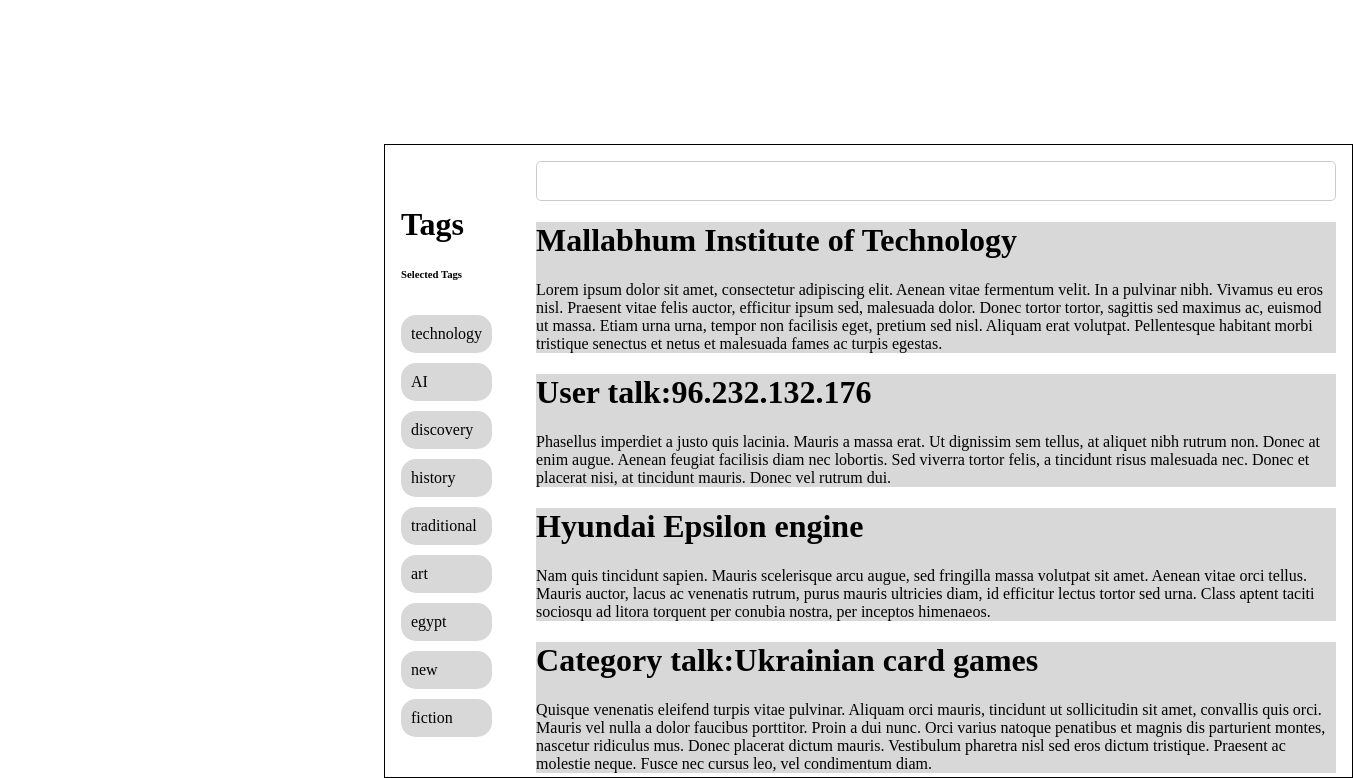
Repository: KelaiAffaf/bridger
Page: /
These files come from the project's save history. The page is drawn as it stood at one moment and after a run of saves; the edit follows.
The browser window is 1280 px wide. The page is 1353 px wide, then 1280 px, then 1353 px, so the pictures cover 1353 px, including what lies to the right of the window. The pictures show the whole page.
The project was rebuilt for these pictures with package versions that can differ from the ones it lists, and the page was loaded fresh each time. Also part of the build but not shown: vite.config.js.

Above is the page before, as saved 2023-06-08 11:46:03.

### src/App.jsx
// eslint-disable-next-line no-unused-vars
import React, { useState } from "react";
import { data } from "./NewComponents/data.js";
import Tag from "./NewComponents/Tag";
import InfoBox from "./NewComponents/InfoBox";

function App() {


  const [value, setValue] = useState("");
  const [selectedTags, setSelectedTags] = useState([]);

  const handleTagClick = (tag) => {
    if (selectedTags.includes(tag)) {
      setSelectedTags(selectedTags.filter((t) => t !== tag));
    } else {
      setSelectedTags([...selectedTags, tag]);
    }
  };


  const getTags = (data) => {
    const tagsArray = [];

    data.forEach((user) => {
      user.tags.forEach((tag) => {
        if (!tagsArray.includes(tag)) {
          tagsArray.push(tag);
        }
      });
    });

    return tagsArray;
  };

  const uniqueTags = getTags(data);

  return (
    <div
      style={{
        display: "flex",
        alignItems: "center",
        gap: 44,
        height: "600px",
        border: "1px solid black",
        overflow: "hidden",
        position: "absolute",
        top: "20%",
        left: "30%",
        padding: "16px"
      }}
    >
      <div
      >
        <h1>Tags</h1>
        <h6>Selected Tags</h6>
        <div style={{ display: 'flex', gap: 10, marginBottom: '10px' }}>
          {selectedTags.map((tag) => (
            <div key={tag} style={{ backgroundColor: 'grey', padding: '5px', borderRadius: '5px' }}>
              {tag}
            </div>
          ))}
        </div>
        <Tag
        tags={uniqueTags}
        onTagClick={handleTagClick}
         />
      </div>

      <div style={{ height: "600px" }}>
        <input
          onChange={(e) => setValue(e.target.value)}
          style={{
            padding: '10px',
            border: '1px solid #ccc',
            borderRadius: '5px',
            fontSize: '16px',
            width: '100%',
            boxSizing: 'border-box'
          }}
        />

        <div style={{ overflow: "scroll" }}>
          {data &&
            data.map((user) => (
              <div key={user.id}>
                {(user.title.includes(value) ||
                  user.content.includes(value)
                  ||
                  user.tags.includes(selectedTags)
                  ) && (
                  <InfoBox title={user.title} body={user.content} />
                )}
              </div>
            ))}
        </div>
      </div>
    </div>
  );

}

export default App;

### src/NewComponents/data.js
// articles
export const  data = [
    {
        "id": 1,
        "title": "Mallabhum Institute of Technology",
        "content": "Lorem ipsum dolor sit amet, consectetur adipiscing elit. Aenean vitae fermentum velit. In a pulvinar nibh. Vivamus eu eros nisl. Praesent vitae felis auctor, efficitur ipsum sed, malesuada dolor. Donec tortor tortor, sagittis sed maximus ac, euismod ut massa. Etiam urna urna, tempor non facilisis eget, pretium sed nisl. Aliquam erat volutpat. Pellentesque habitant morbi tristique senectus et netus et malesuada fames ac turpis egestas.",
        "tags": ["technology", "AI", "discovery"]
    },
    {
        "id": 2,
        "title": "User talk:96.232.132.176",
        "content": "Phasellus imperdiet a justo quis lacinia. Mauris a massa erat. Ut dignissim sem tellus, at aliquet nibh rutrum non. Donec at enim augue. Aenean feugiat facilisis diam nec lobortis. Sed viverra tortor felis, a tincidunt risus malesuada nec. Donec et placerat nisi, at tincidunt mauris. Donec vel rutrum dui.",
        "tags": ["history","technology", "traditional"]
    },
    {
        "id": 3,
        "title": "Hyundai Epsilon engine",
        "content": "Nam quis tincidunt sapien. Mauris scelerisque arcu augue, sed fringilla massa volutpat sit amet. Aenean vitae orci tellus. Mauris auctor, lacus ac venenatis rutrum, purus mauris ultricies diam, id efficitur lectus tortor sed urna. Class aptent taciti sociosqu ad litora torquent per conubia nostra, per inceptos himenaeos.",
        "tags": ["art","egypt"]
    },
    {
        "id": 4,
        "title": "Category talk:Ukrainian card games",
        "content": "Quisque venenatis eleifend turpis vitae pulvinar. Aliquam orci mauris, tincidunt ut sollicitudin sit amet, convallis quis orci. Mauris vel nulla a dolor faucibus porttitor. Proin a dui nunc. Orci varius natoque penatibus et magnis dis parturient montes, nascetur ridiculus mus. Donec placerat dictum mauris. Vestibulum pharetra nisl sed eros dictum tristique. Praesent ac molestie neque. Fusce nec cursus leo, vel condimentum diam.",
        "tags": ["discovery","history"]
    },
    {
        "id": 5,
        "title": "Pellentesque non vulputate dolor",
        "content": "Fusce aliquam scelerisque lorem, a gravida ante efficitur eu. Duis ultricies leo scelerisque ante lacinia, ac viverra elit aliquam. Nullam at faucibus nisl. Nunc fringilla in urna sed suscipit. Integer in ipsum lectus. Pellentesque non vulputate dolor, vel scelerisque sapien. Nulla facilisi. Duis at sodales lacus. In hac habitasse platea dictumst.",
        "tags": ["new","fiction"]
    }
  ]

### src/NewComponents/Tag.jsx
/* eslint-disable react/prop-types */
/* eslint-disable no-unused-vars */
import React from 'react'

function Tag({tags,onTagClick}) {
  return (
   <div>
    <div
    style={{
     display:"flex",
     flexDirection:"column",
     gap:10,
    }}
    >
      {tags && tags.map((ele,index)=>
      <div
      style={{
        borderRadius: '15px',
        backgroundColor: '#D8D8D8',
        padding: '10px',
      }}
      key={index} onClick={() => onTagClick(ele)} >
        {ele}
      </div>)
    }
    </div>
   </div>
  )
}

export default Tag

### src/NewComponents/InfoBox.jsx
// eslint-disable-next-line no-unused-vars
import React from 'react'

// eslint-disable-next-line react/prop-types
function InfoBox({title,body}) {
  return (
    <div
    style={{
      backgroundColor: '#D8D8D8',
      width :"800px"
    }}
    >
        <h1>{title}</h1>
        <p>{body} </p>
    </div>
  )
}

export default InfoBox

Loaded but not shown: index.html (common file); src/main.jsx (common file)

After the next 2 saves:
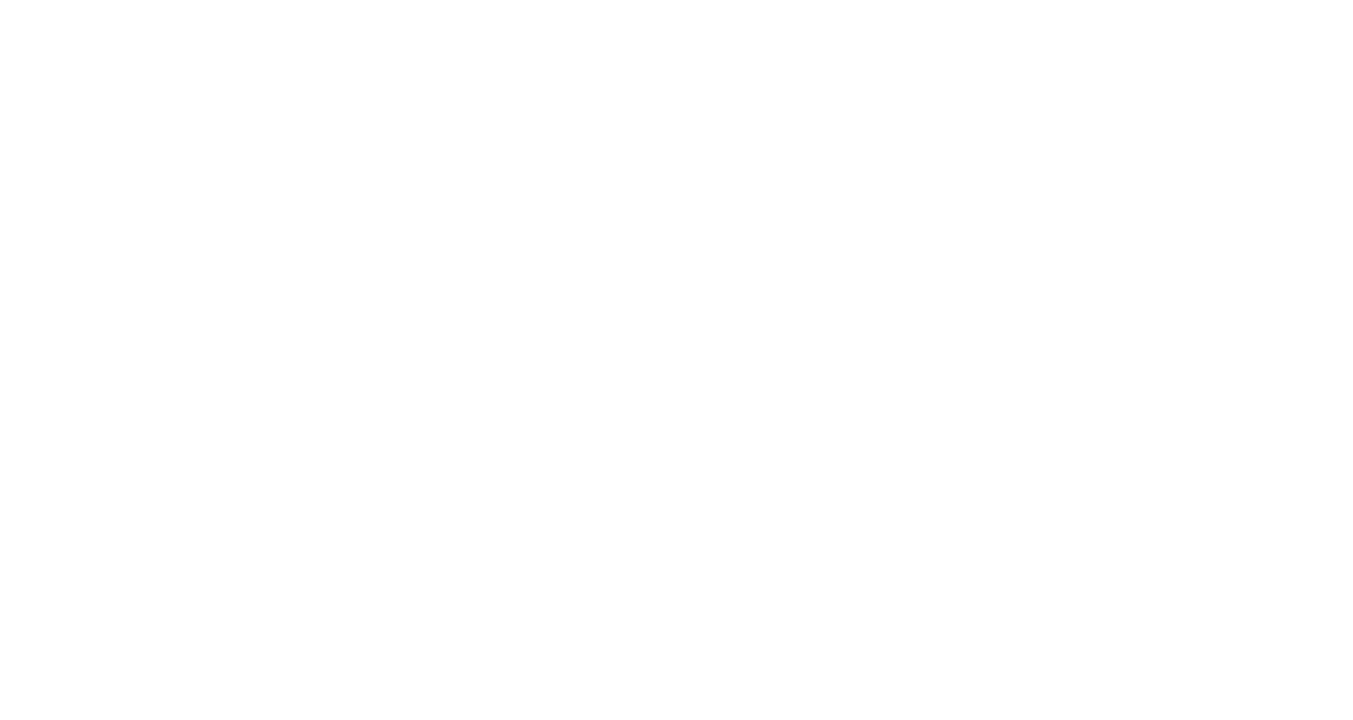
Console error: ReferenceError: fle is not defined
The 2 saves are shown as one change because they came seconds apart.
The last was saved 30 s later.
--- a/src/App.jsx
+++ b/src/App.jsx
@@ -54,7 +54,7 @@
       >
         <h1>Tags</h1>
         <h6>Selected Tags</h6>
-        <div style={{ display: 'flex', gap: 10, marginBottom: '10px' }}>
+        <div style={{ display: 'flex', gap: 10, marginBottom: '10px', fle }}>
           {selectedTags.map((tag) => (
             <div key={tag} style={{ backgroundColor: 'grey', padding: '5px', borderRadius: '5px' }}>
               {tag}

After the 4 saves that followed:
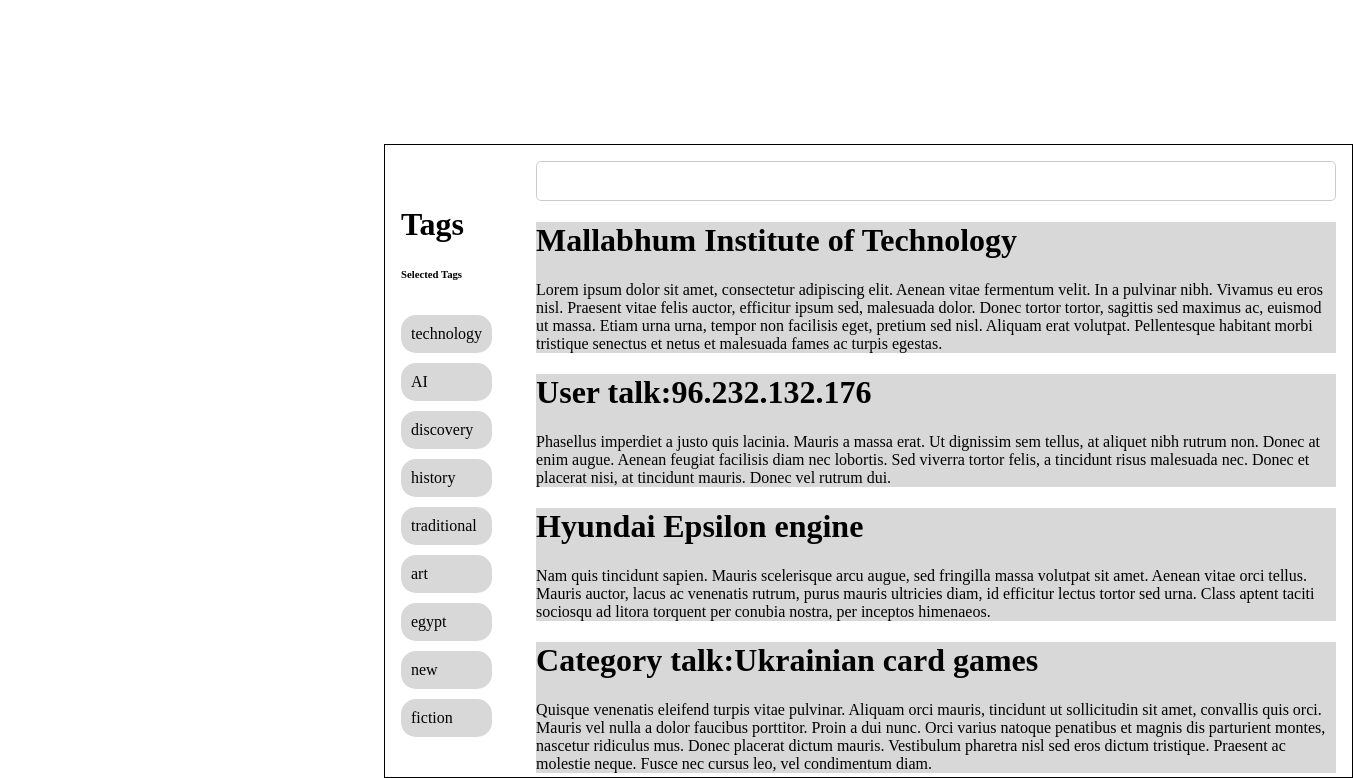
The error is gone.
The 4 saves are shown as one change because they came seconds apart.
The last was saved 9 s later.
--- a/src/App.jsx
+++ b/src/App.jsx
@@ -54,7 +54,7 @@
       >
         <h1>Tags</h1>
         <h6>Selected Tags</h6>
-        <div style={{ display: 'flex', gap: 10, marginBottom: '10px', fle }}>
+        <div style={{ display: 'flex', gap: 10, marginBottom: '10px', flexWrap:"wrap" }}>
           {selectedTags.map((tag) => (
             <div key={tag} style={{ backgroundColor: 'grey', padding: '5px', borderRadius: '5px' }}>
               {tag}
